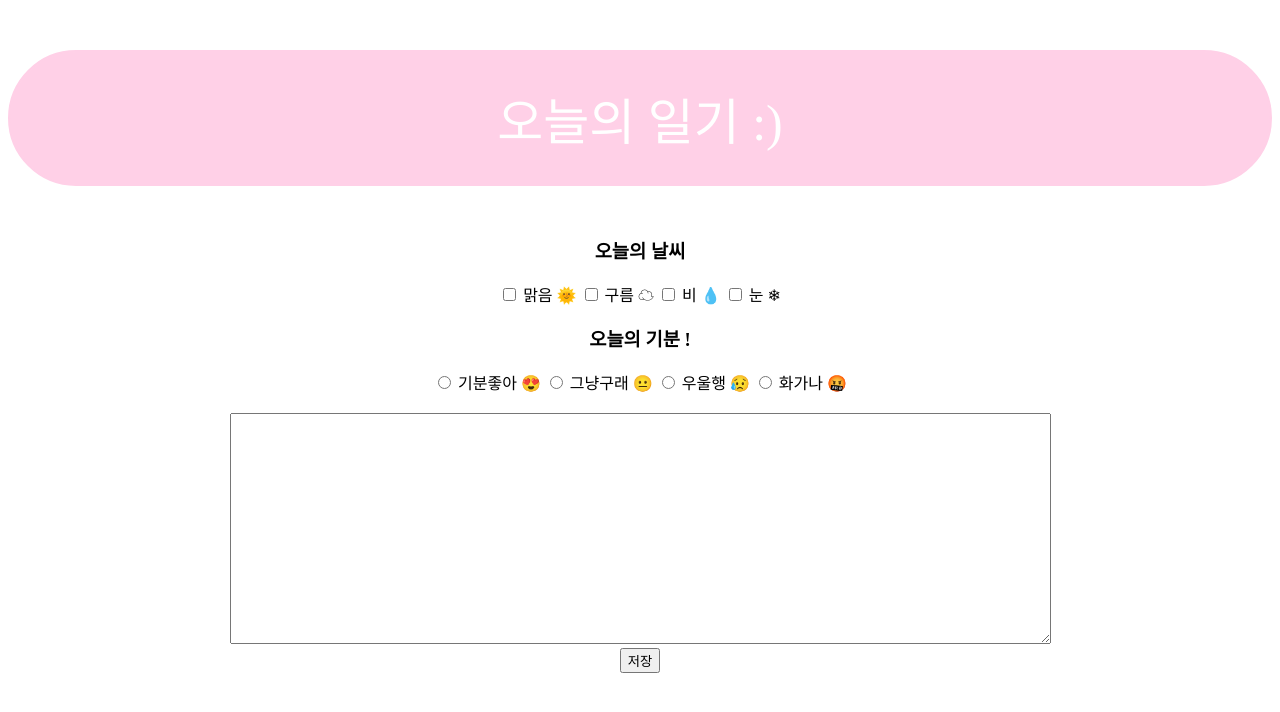
Repository: seoyeon0619/WebProgramming
Page: http://localhost/myhome1/일기쓰기.jsp
These files come from the project's save history. The page is drawn as it stood at one moment and after the next save; the edit follows.
The browser window is 1280 px wide. The pictures show the whole page.
Some web fonts or font styles are not loaded; a fallback is used. The page is served by Tomcat 9.

Above is the page before, as saved 2022-12-29 07:43:00.

After the next save:
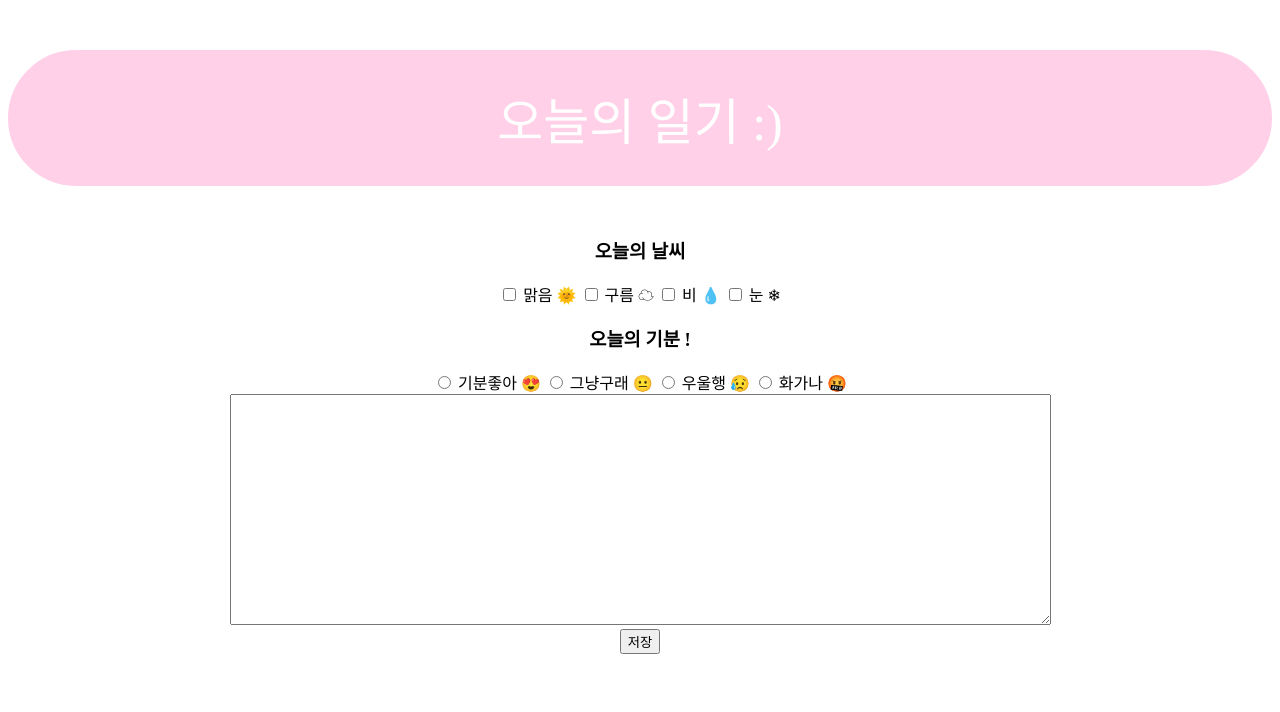
Saved 11 s later.
--- a/workspace1/myhome1/src/main/webapp/일기쓰기.jsp
+++ b/workspace1/myhome1/src/main/webapp/일기쓰기.jsp
@@ -54,7 +54,7 @@
         <input type="radio" name="lan2" id="sel4" value="4">
         <label for="sel4">화가나 🤬</label>
 
-<h3></h3>
+<br/>
 
 	<textarea name="" id="" cols="100" rows="15"></textarea><br/>
 

After the save that followed:
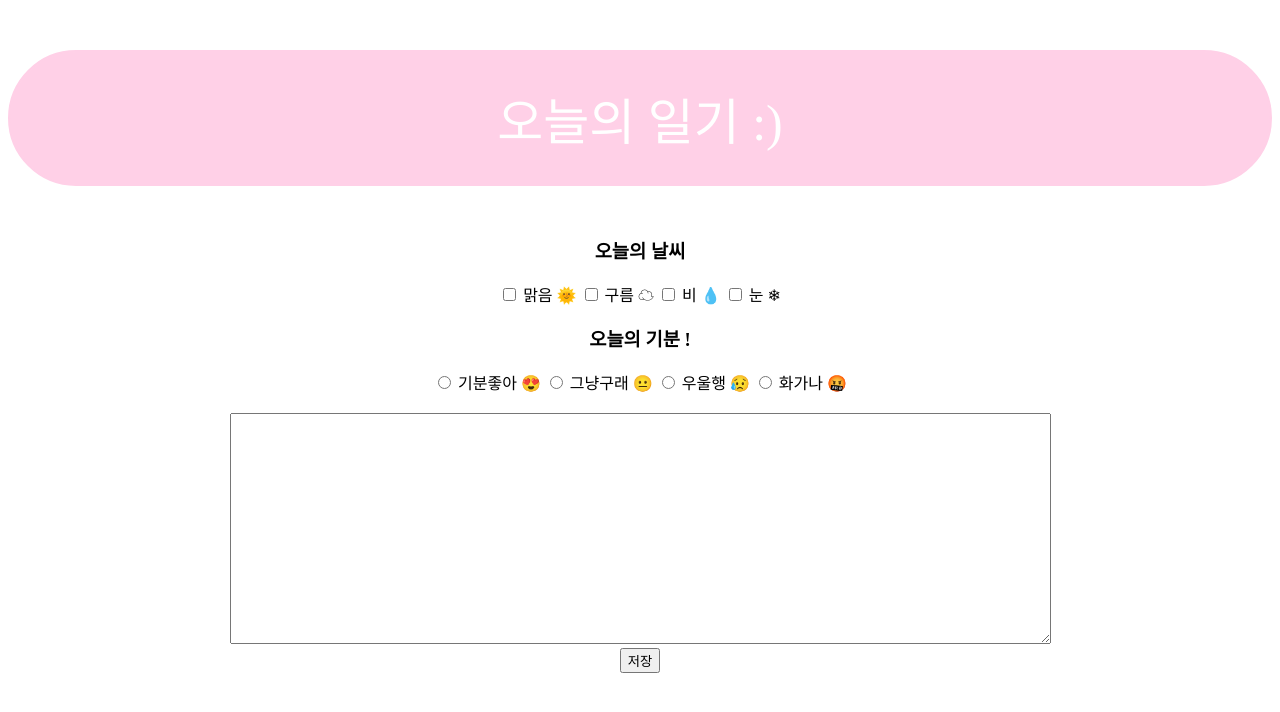
Saved 7 s later.
--- a/workspace1/myhome1/src/main/webapp/일기쓰기.jsp
+++ b/workspace1/myhome1/src/main/webapp/일기쓰기.jsp
@@ -54,7 +54,7 @@
         <input type="radio" name="lan2" id="sel4" value="4">
         <label for="sel4">화가나 🤬</label>
 
-<br/>
+<h3></h3>
 
 	<textarea name="" id="" cols="100" rows="15"></textarea><br/>
 
